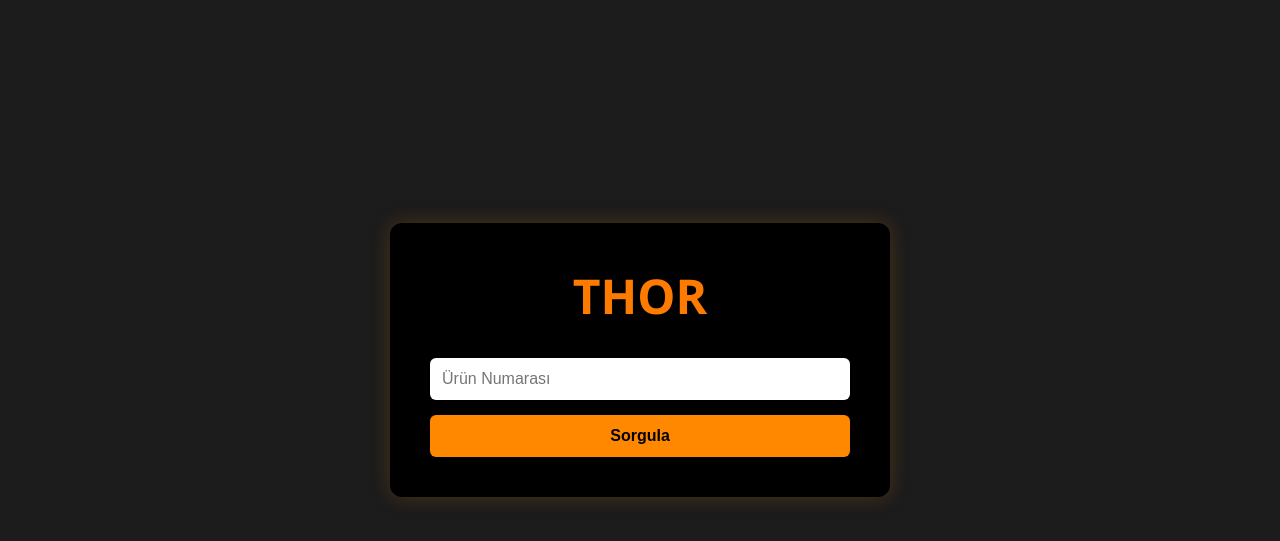
Repository: emrehendemoglu/warranty-inquiry
Page: http://localhost/
An editor plug-in stored every save of this project. The page is shown before and after the next save, followed by the edit.
The browser window is 1280 px wide. The pictures show the whole page.
The page is served by the project's application, run on Flask 3 (app.py).

Above is the page before, as saved 2025-07-21 16:06:11.

### templates/index.html
<!DOCTYPE html>
<html lang="tr">
<head>
    <meta charset="UTF-8">
    <title>THOR</title>
    <style>
        * {
            box-sizing: border-box;
        }

        body {
            margin: 0;
            padding: 0;
            background-color: #1c1c1c;
            font-family: 'Segoe UI', sans-serif;
            display: flex;
            align-items: center;
            justify-content: center;
            height: 100vh;
            color: #fff;
        }

        .container {
            text-align: center;
            padding: 40px;
            background-color: #000;
            border-radius: 12px;
            box-shadow: 0 0 20px rgba(255, 140, 0, 0.2);
            width: 90%;
            max-width: 500px;
        }

        .title {
            font-size: 48px;
            font-weight: bold;
            color: hsl(29, 100%, 50%);
            margin-bottom: 30px;
        }

        form {
            display: flex;
            flex-direction: column;
            gap: 15px;
        }

        input[type="text"] {
            padding: 12px;
            font-size: 16px;
            border-radius: 6px;
            border: none;
            outline: none;
            width: 100%;
        }

        button {
            padding: 12px;
            font-size: 16px;
            border: none;
            border-radius: 6px;
            background-color: rgb(255, 136, 0);
            color: #000;
            font-weight: bold;
            cursor: pointer;
            transition: background-color 0.3s;
        }

        button:hover {
            background-color: #ffb347;
        }

        .result {
            margin-top: 30px;
            text-align: left;
        }

        .result p {
            margin: 10px 0;
            font-size: 18px;
        }

        @media (max-width: 600px) {
            .title {
                font-size: 36px;
            }

            .container {
                padding: 20px;
            }

            .result p {
                font-size: 16px;
            }
        }
    </style>
</head>
<body>
    <div class="container">
        <div class="title">THOR</div>

        <form method="POST">
            <input type="text" name="urun_numarasi" placeholder="Ürün Numarası" required>
            <button type="submit">Sorgula</button>
        </form>

        {% if urun_bilgisi %}
            <div class="result">
                <p><strong>Ürün Sahibi Adı:</strong> {{ urun_bilgisi.urun_Adi }}</p>
                <p><strong>Ürün Numarası:</strong> {{ urun_bilgisi.urun_numarasi }}</p>
                <p><strong>Kalan Garanti Süresi:</strong> {{ kalan_sure }}</p>
            </div>
        {% elif kalan_sure %}
            <div class="result">
                <p>{{ kalan_sure }}</p>
            </div>
        {% endif %}
    </div>
</body>
</html>

### app.py
from flask import Flask, render_template, request
import mysql.connector
from datetime import datetime, timedelta

app = Flask(__name__)

db = mysql.connector.connect(
    host="localhost",
    user="root",
    password="fsmvu",
    database="thor_db"
)

@app.route("/", methods=["GET", "POST"])
def index():
    urun_bilgisi = None
    kalan_sure = None

    if request.method == "POST":
        urun_numarasi = request.form.get("urun_numarasi")

        if urun_numarasi:
            imlec = db.cursor(dictionary=True)
            sql = "SELECT urun_Adi, urun_numarasi, eklenme_tarihi FROM thor_db WHERE urun_numarasi = %s"
            imlec.execute(sql, (urun_numarasi,))
            urun_bilgisi = imlec.fetchone()

            if urun_bilgisi:
                eklenme_tarihi = urun_bilgisi['eklenme_tarihi']
                garanti_bitis_tarihi = eklenme_tarihi + timedelta(days=365*2)  # 2 yıl sonrası
                suanki_tarih = datetime.now()

                if suanki_tarih > garanti_bitis_tarihi:
                    kalan_sure = "Garanti süresi dolmuş."
                else:
                    fark = garanti_bitis_tarihi - suanki_tarih
                    # kalan süreyi gün olarak gösterelim
                    kalan_sure = f"{fark.days} gün"

            imlec.close()

    return render_template("index.html", urun_bilgisi=urun_bilgisi, kalan_sure=kalan_sure)

if __name__ == "__main__":
    app.run(debug=True)

After the next save:
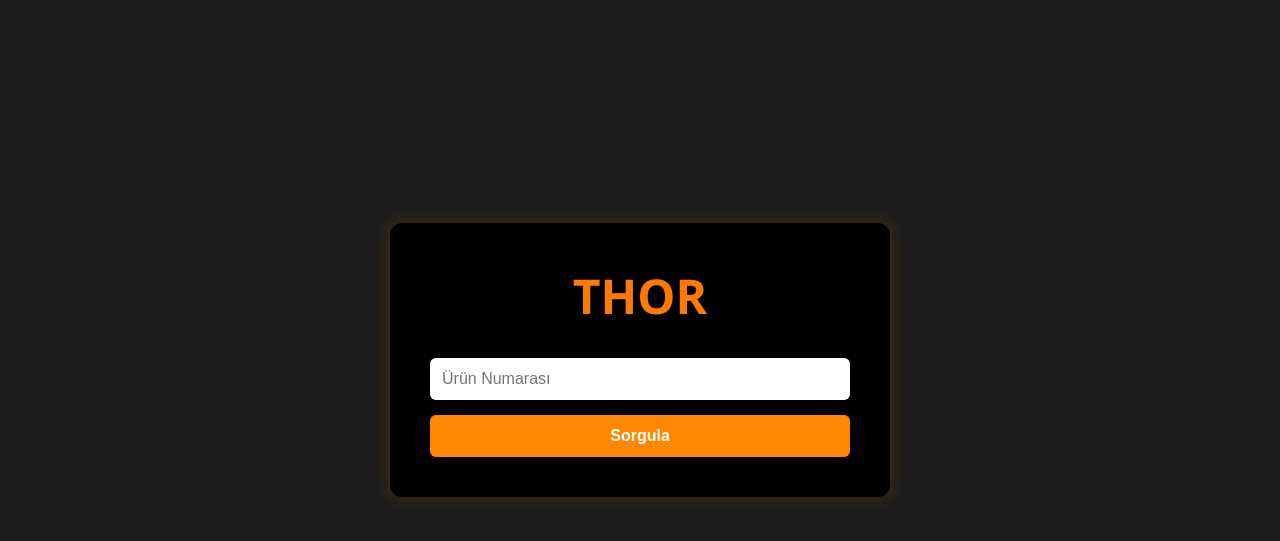
Saved 24 s later.
--- a/templates/index.html
+++ b/templates/index.html
@@ -58,7 +58,7 @@
             border: none;
             border-radius: 6px;
             background-color: rgb(255, 136, 0);
-            color: #000;
+            color: #ffffff;
             font-weight: bold;
             cursor: pointer;
             transition: background-color 0.3s;

After the save that followed:
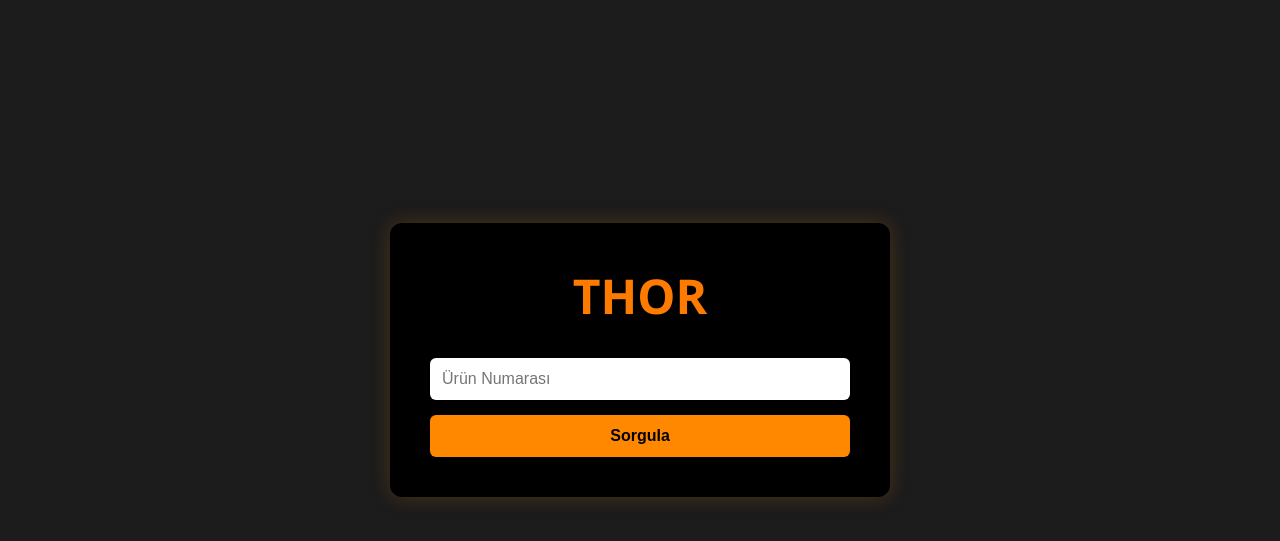
Saved 7 s later.
--- a/templates/index.html
+++ b/templates/index.html
@@ -58,7 +58,7 @@
             border: none;
             border-radius: 6px;
             background-color: rgb(255, 136, 0);
-            color: #ffffff;
+            color: #000;
             font-weight: bold;
             cursor: pointer;
             transition: background-color 0.3s;
